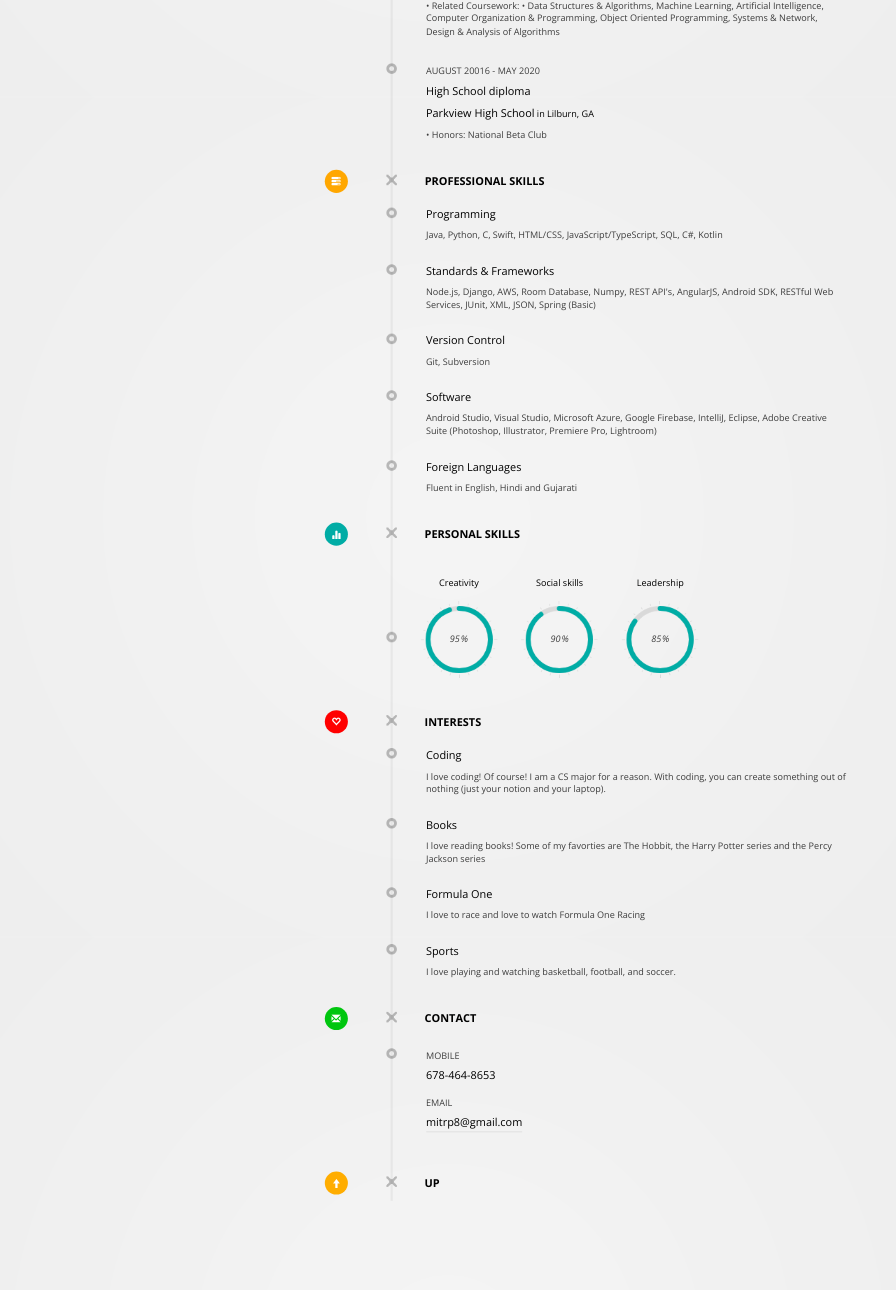
Repository: mitrpatel/mitrpatel.github.io
Page: main.html
An editor plug-in stored every save of this project. The page is shown before and after the next save, followed by the edit.
The browser window is 1280 px wide. The pictures show the part of the page from y = 3462 to 5382 px (the page is 5305 px tall before and 5382 px after), at 70% of full size.
Backgrounds fixed to the window are drawn as part of the page.

Above is the page before, as saved 2024-01-31 21:41:27.

After the next save:
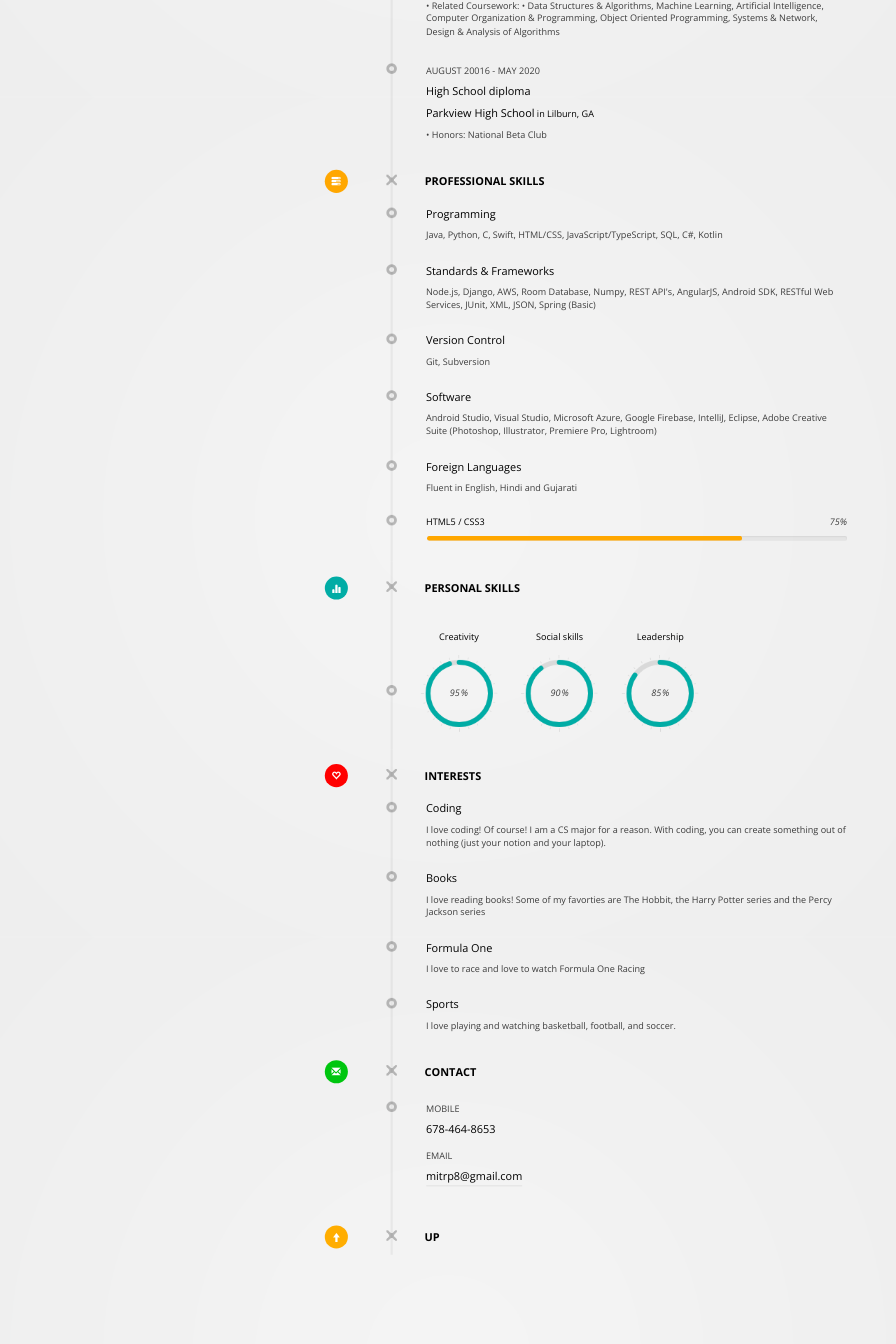
Saved 8 s later.
--- a/main.html
+++ b/main.html
@@ -315,18 +315,12 @@
                     </li>
 
 
-                    <!-- <!-- <li>
-                        <p>Java<span class="annotation pull-right">85%</span></p>
-                        <div class="progress">
-                            <div class="progress-bar progress-bar-success" role="progressbar" aria-valuenow="85" aria-valuemin="0" aria-valuemax="100"></div>
-                        </div>
-                    </li> -->
-                    <!-- <li>
+                    <li>
                         <p>HTML5 / CSS3<span class="annotation pull-right">75%</span></p>
                         <div class="progress">
                             <div class="progress-bar progress-bar-success" role="progressbar" aria-valuenow="75" aria-valuemin="0" aria-valuemax="100"></div>
                         </div>
-                    </li> -->
+                    </li>
 
                 </ul>
             </div>
